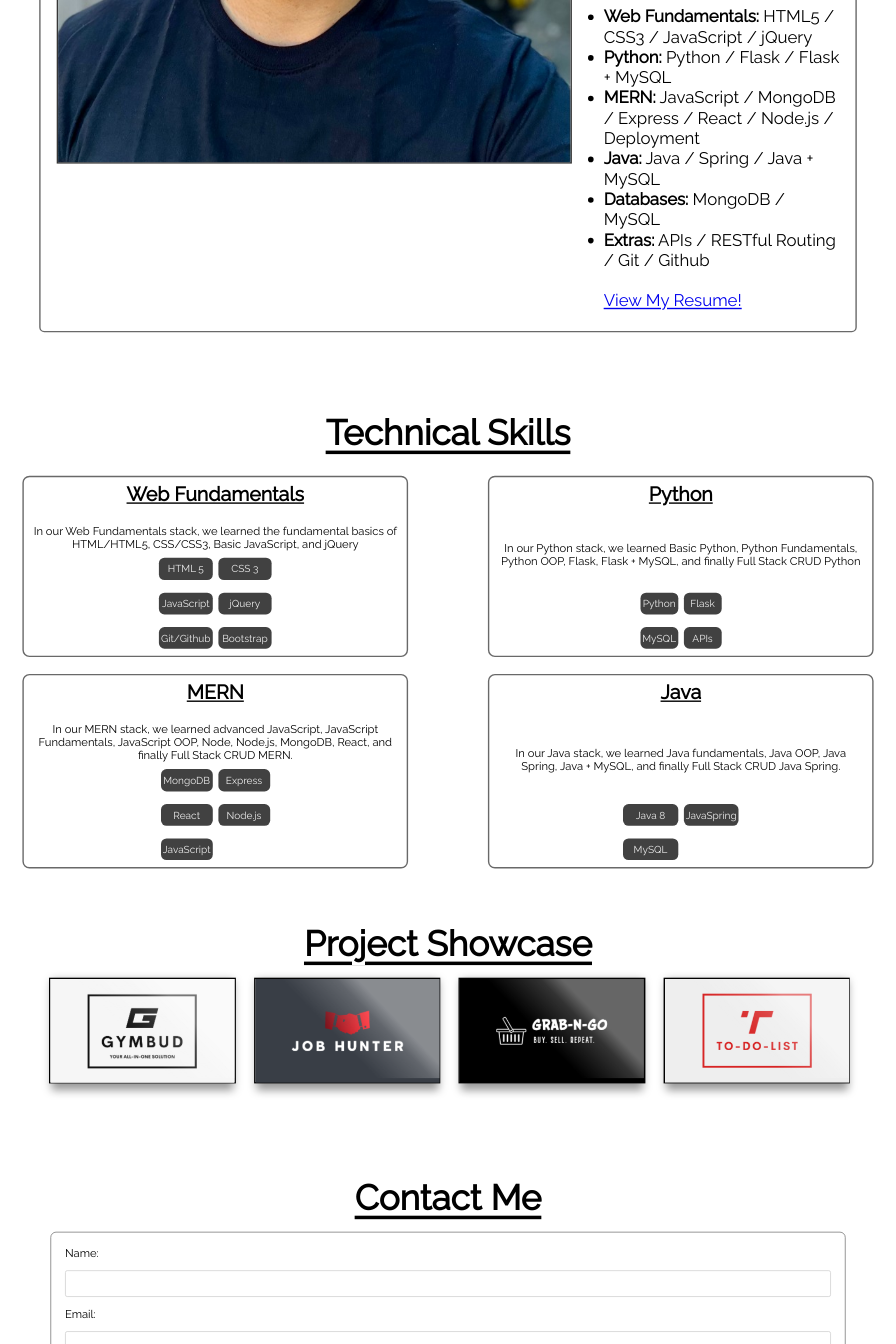
Repository: RICHIE-YIN/Personal-Portfolio
Page: index.html
An editor plug-in stored every save of this project. The page is shown before and after the next save, followed by the edit.
The browser window is 1280 px wide. The pictures show the part of the page from y = 1924 to 3844 px (the page is 4187 px tall), at 70% of full size.
Some web fonts or font styles are not loaded; a fallback is used.

Above is the page before, as saved 2023-06-12 17:14:41.
Console error: ReferenceError: $ is not defined

After the next save:
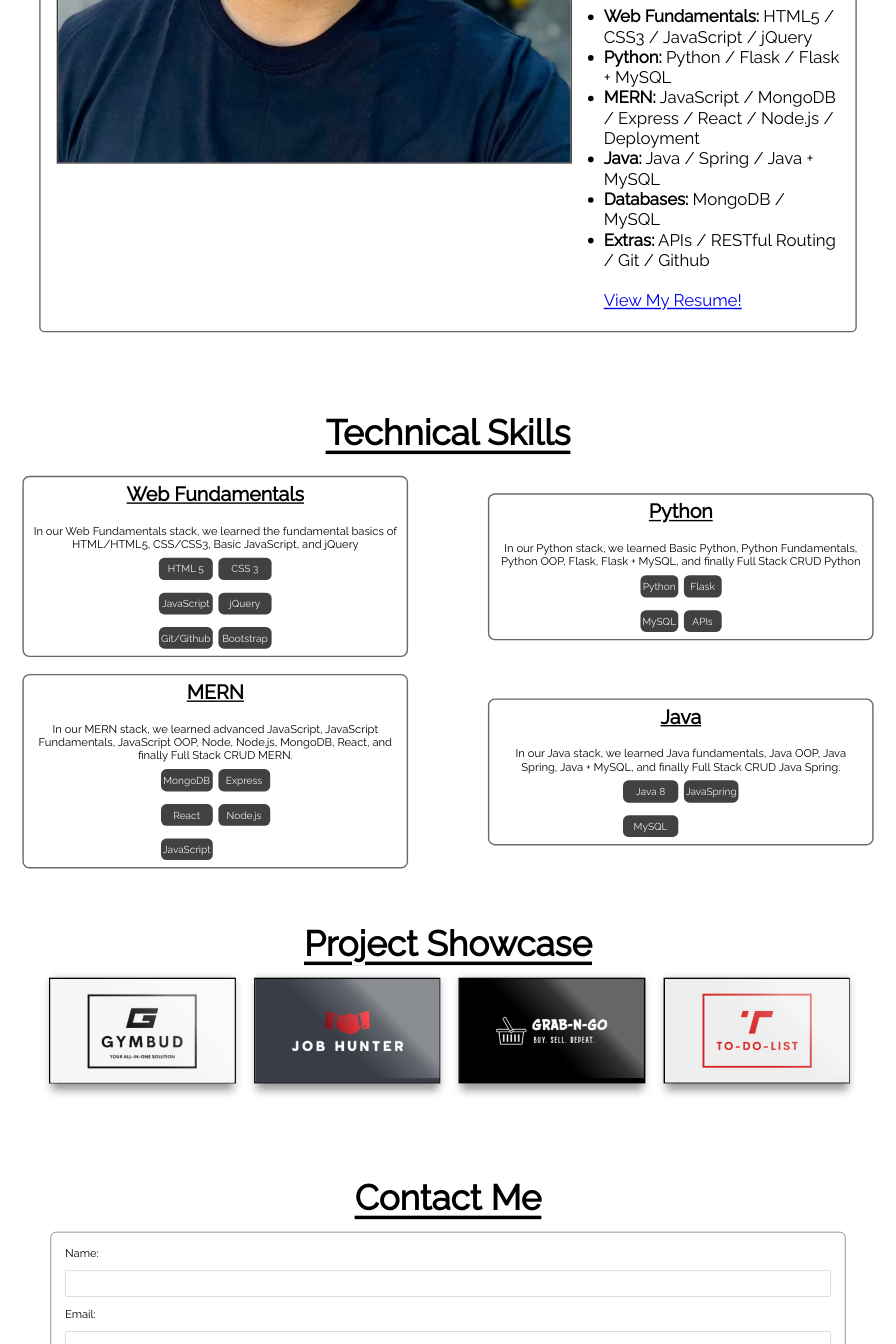
Saved 53 s later.
--- a/styles.css
+++ b/styles.css
@@ -306,6 +306,10 @@ display: none;
     justify-content: center;
     flex-wrap: wrap;
     gap: 1.5rem;
+    align-items: center;
+    align-self: center;
+    align-content: center;
+    text-align: center;
 }
 
 .skills-section .card {
